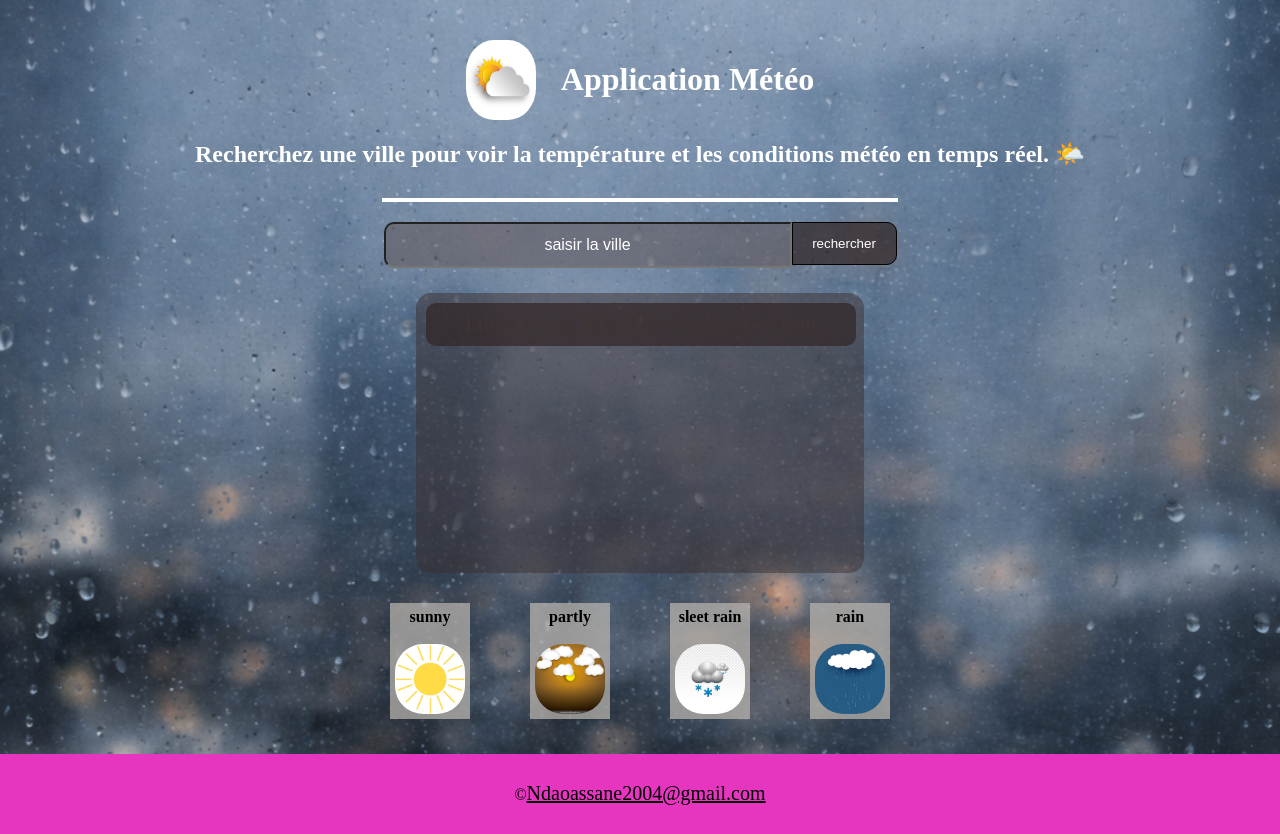
Repository: assanendao171/meteo
Page: index.html
An editor plug-in stored every save of this project. The page is shown before and after a run of saves, followed by the edit.
The browser window is 1280 px wide. The pictures show the whole page.

Above is the page before, as saved 2026-03-16 13:12:23.

After the next 2 saves:
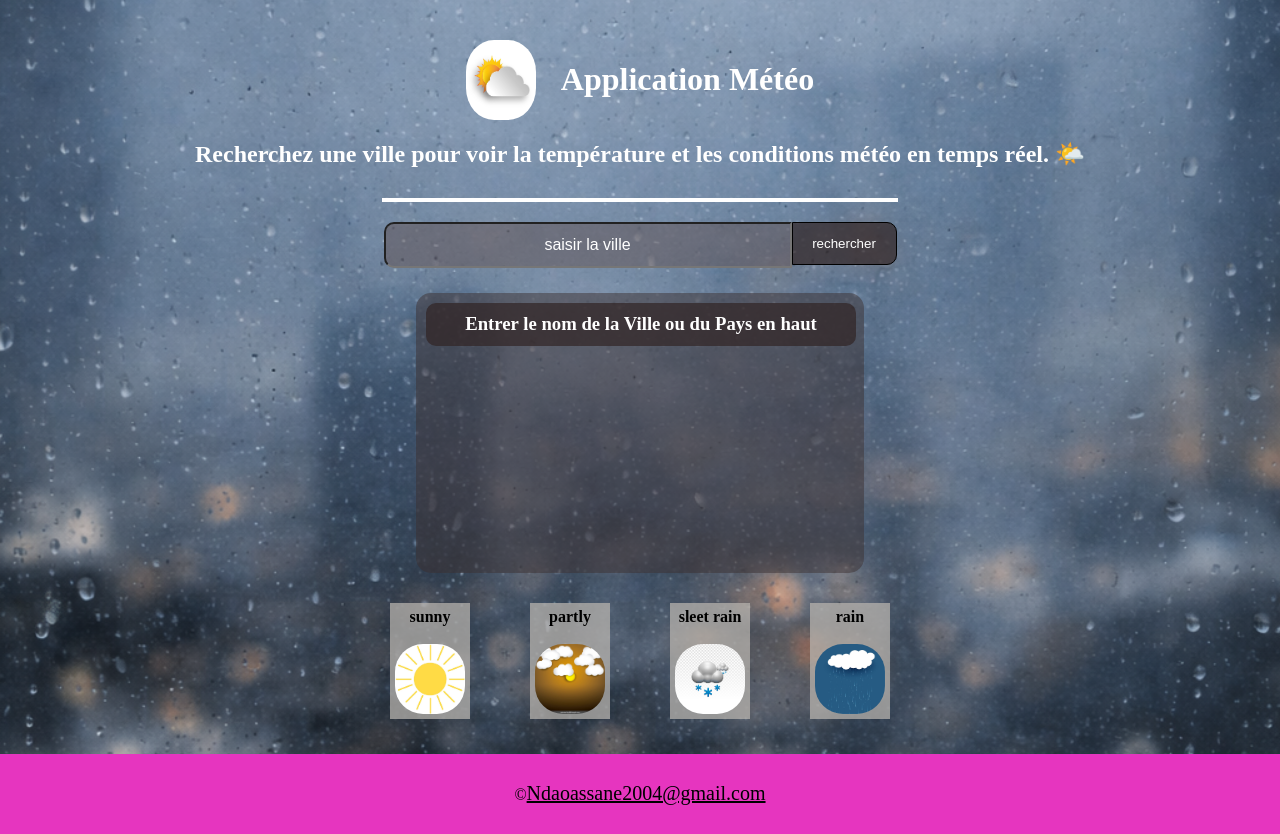
The 2 saves are shown as one change because they came seconds apart.
The last was saved 29 s later.
--- a/meteo2.css
+++ b/meteo2.css
@@ -84,10 +84,9 @@ flex-direction: column;
 justify-content: center;
 align-items: center;
 background-color: rgba(49, 36, 36, 0.692);
+}
+h3 {
 color: white;
-}
-h3 {
-  color: rgb(61, 52, 52);
   text-decoration: none;
 }
 #icone {
